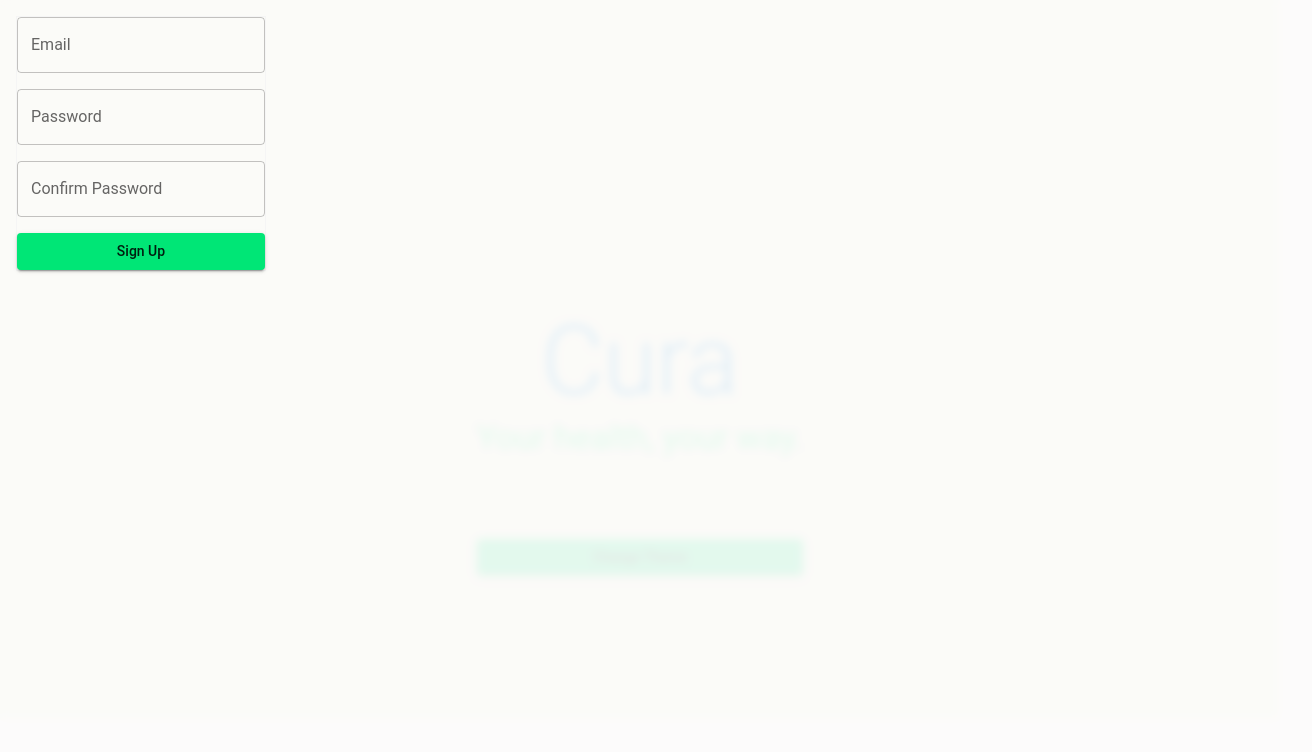
Repository: CryptoFamilyNFT/Cura
Page: / (app in cura/)
An editor plug-in stored every save of this project. The page is shown before and after the next save, followed by the edit.
The browser window is 1280 px wide. The page is 1312 px wide, then 1284 px, so the pictures cover 1312 px, including what lies to the right of the window. The pictures show the whole page.
Pictures or frames that could not be fetched are drawn as grey boxes. The project was rebuilt for these pictures with package versions that can differ from the ones it lists, and the page was loaded fresh each time. Also part of the build but not shown: cura/vite.config.js.

Above is the page before, as saved 2025-03-04 16:28:17.

After the next save:
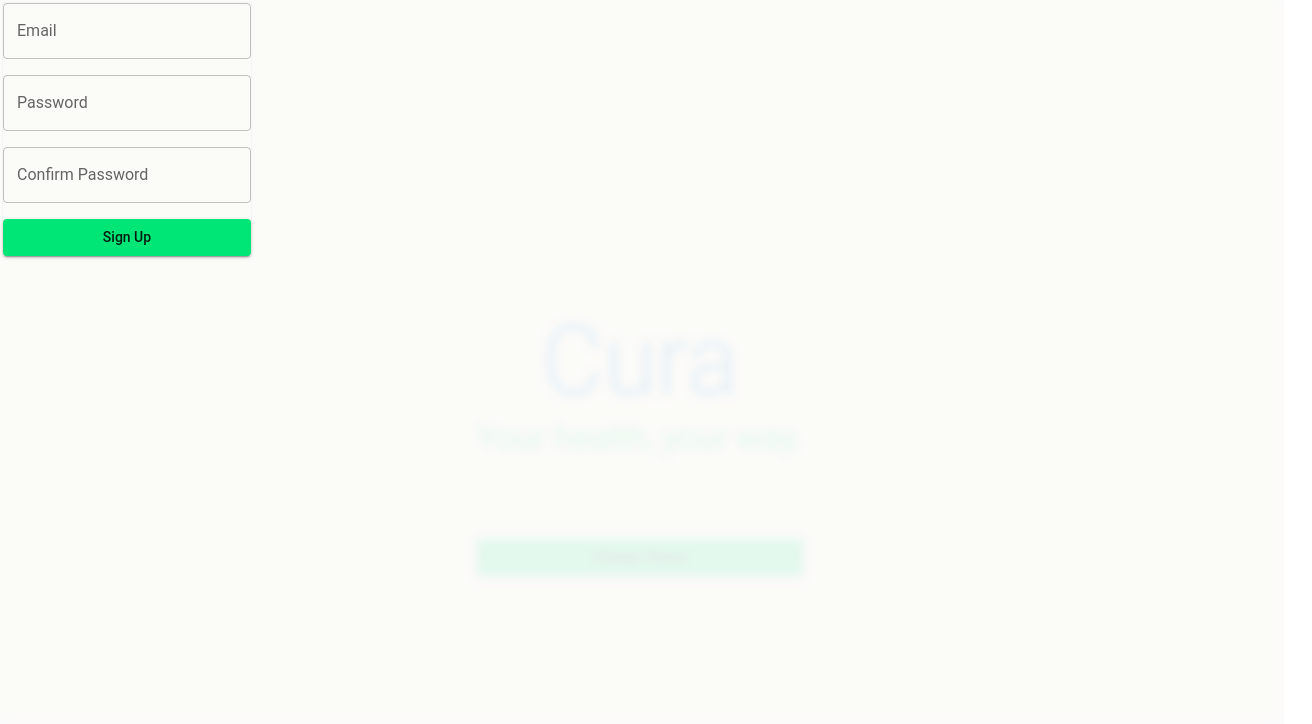
Saved 10 s later.
--- a/cura/src/components/SignUp/SignUp.jsx
+++ b/cura/src/components/SignUp/SignUp.jsx
@@ -10,8 +10,8 @@
             display: 'flex',
             justifyContent: 'center',
         }}>
-            <Box
-            sx={{
+            <div
+            style={{
                 position: 'absolute',
                 top: 0,
                 left: 0,
@@ -31,7 +31,7 @@
                     <TextField id="outlined-basic" label="Confirm Password" variant="outlined" />
                     <Button variant="contained" color="secondary">Sign Up</Button>
                 </FormControl>
-            </Box>
+            </div>
         </Box>
     )
 }
